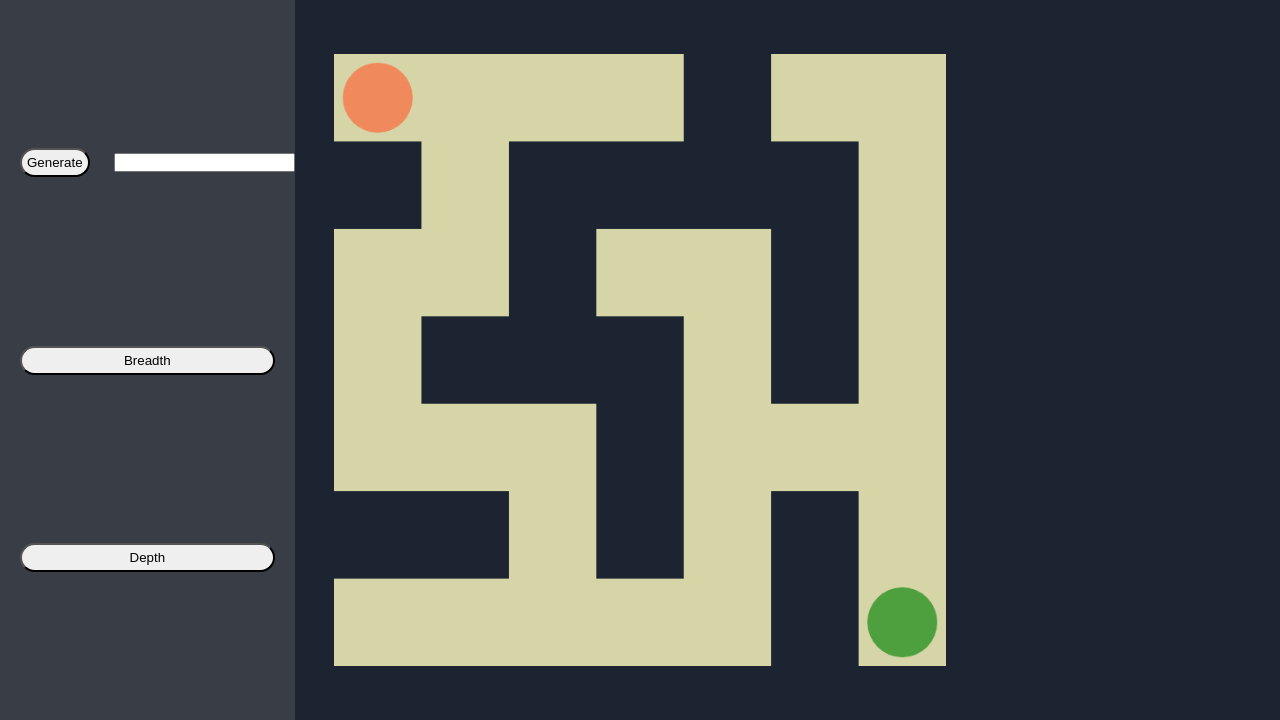
Repository: 2Friendly4You/advanced-maze-solver
Page: index.html
The author's editor kept a copy of each file at every save. The page is drawn from the files as they stood at one save, then again after the next save.
The browser window is 1280 px wide. The pictures show the whole page.

Above is the page before, as saved 2022-09-20 14:21:30.

### index.html
<!DOCTYPE html>
<html lang="en">
<head>
    <meta charset="UTF-8">
    <meta http-equiv="X-UA-Compatible" content="IE=edge">
    <meta name="viewport" content="width=device-width, initial-scale=1.0">
    <title>Search Algorithms</title>
    <link rel="icon" type="image/x-icon" href=/images/favicon.ico">
    <link rel="stylesheet" href="styles.css">
    <script src="script.js" defer></script>
</head>
<body>
    <div class="buttonContainer">
        <div clas = "buttonContainer">
            <button id="generateButton">Generate</button>
            <input>
        </div>
        <button id="breadthButton">Breadth</button>
        <button id="depthButton">Depth</button>
    </div>

    <canvas width="700" height="700"></canvas>
</body>
</html>

### styles.css
* {
    margin: 0;
    padding: 0;
}

body {
    background-color: #1B2430;
    width: 100%;
    height: 100%;
    display: flex;
    justify-items: center;
    align-items: center;
}

canvas {
    background-color: #1B2430;
    position: absolute;
    height: 85vmin;
    aspect-ratio: 1 / 1;
    resize: none;

    top: 50%;
    left: 50%;
    transform: translate(-50%, -50%);
}

.buttonContainer {
    background-color: #393E46;
    display: flex;
    flex-direction: column;
    justify-content: space-evenly;
    height: 100vh;
}

button {
    margin: 20px;
    border-radius: 20px;
    padding: 5px;
}

### script.js
// TODO low priority - change drawing so that only changed elements are redrawn
const EMPTY_COLOR = "#D6D5A8";
const WALL_COLOR = "#1B2430";
const VISITED_COLOR = "gray";
const PATH_COLOR = "#FF2E63"
const START_COLOR = "#F08A5D"
const END_COLOR = "#4E9F3D"

function Maze(canvas, ctx) {
    this.canvas = canvas
    this.ctx = ctx;
}

Maze.prototype = {

    setProperties(grid, start, end) {
        this.grid = grid;
        this.start = start;
        this.end = end;
        this.width = this.canvas.width / this.grid[0].length;
        this.height = this.canvas.height / this.grid.length;
    },

    draw(visited) {
        for(let r = 0; r < this.grid.length; ++r) {
            for(let c = 0; c < this.grid[0].length; ++c) {
                this.ctx.beginPath();
                this.ctx.fillStyle = EMPTY_COLOR;
                if(this.grid[r][c] == 1) {
                    this.ctx.fillStyle = WALL_COLOR;
                }
                if(typeof visited !== 'undefined' && visited.has([r, c].toString())) {
                    this.ctx.fillStyle = VISITED_COLOR;
                }
                this.ctx.fillRect(c * this.width, r * this.height, this.width, this.height);
            }
        }
        this.drawStartAndEnd();
    },

    drawStartAndEnd() {
        const drawCircle = (tile, color) => {
            this.ctx.beginPath();
            this.ctx.arc(tile[1] * this.width + this.width / 2, tile[0] * this.height + this.height / 2, this.width / 2.5, 0, Math.PI * 2);
            this.ctx.fillStyle = color;
            this.ctx.fill();
        }
        drawCircle(this.start, START_COLOR);
        drawCircle(this.end, END_COLOR);
    },

    drawPath(path) {
        for(const tile of path) {
            let [r, c] = tile;
            this.ctx.fillStyle = PATH_COLOR;
            this.ctx.fillRect(c * this.width, r * this.height, this.width, this.height);
        }
        this.drawStartAndEnd();
    },

    checkMovable(curr) {
        let [r, c] = curr;
        return 0 <= r && r < this.grid.length &&
               0 <= c && c < this.grid[0].length &&
               this.grid[r][c] == 0;
    },

    getAdjs(tile) {
        let [r, c] = tile;
        let possAdjs = [[r - 1, c], [r, c + 1], [r + 1, c], [r, c - 1]];
        return possAdjs.filter((possAdj) => this.checkMovable(possAdj));
    },

    getGenerationAdjs(curr) {
        let [r, c] = curr;
        let possPairs = [
            [[r - 1, c], [r - 2, c]],
            [[r, c + 1], [r, c + 2]],
            [[r + 1, c], [r + 2, c]],
            [[r, c - 1], [r, c - 2]]
        ];
        possPairs = possPairs.filter((possPair) => this.checkMovable(possPair[1]))

        const shuffle = (arr) => {
            for (let i = arr.length - 1; i > 0; i--) {
                const j = Math.floor(Math.random() * (i + 1));
                [arr[i], arr[j]] = [arr[j], arr[i]];
            }
        }
        shuffle(possPairs);
        return possPairs;
    },

    search(type, delay) {
        console.assert(type === "depth" || type === "breadth");
        let deque = [[this.start]];
        let visited = new Set();
        const searchStep = (deque, visited, type, delay) => {
            if(deque.length == 0) {
                return;
            }
            let path;
            if(type === "depth") {
                path = deque.pop();
            }
            else {
                path = deque.shift();
            }
            let curr = path[path.length - 1];
            if(visited.has(curr.toString())) {
                return searchStep(deque, visited, type, delay);
            }
            visited.add(curr.toString());
            this.draw(visited);

            if(arrayEquals(curr, this.end)) {
                this.drawPath(path);
                return path;
            }
            //TODO maybe reverse for depth or breadth
            for(const adj of this.getAdjs(curr)) {
                deque.push([...path, adj]);
            }
            setTimeout(() => searchStep(deque, visited, type, delay), delay);
        }
        searchStep(deque, visited, type, delay);
    },

    generate(size, delay) {
        this.setProperties(...prepareMaze(size));
        let genStart = generateRandomEvenCoord(this.grid.length);
        let stack = [[genStart, genStart]];
        let visited = new Set();
        const generateStep = (stack, visited, delay) => {
            if(stack.length == 0) {
                return "Done generating";
            }
            let [wall, curr] = stack.pop();
            if(visited.has(curr.toString())) {
                return generateStep(stack, visited, delay);;
            }
            // console.log(`visiting ${curr}`)
            visited.add(curr.toString());
            this.grid[wall[0]][wall[1]] = 0;
            this.draw();
            for(const pair of this.getGenerationAdjs(curr)) {
                stack.push(pair);
            }
            setTimeout(() => generateStep(stack, visited, delay), delay)
        }
        return generateStep(stack, visited, delay);
    },

    click(x, y) {
        // canvasSize = this.canvas.style.width;
        // console.log(`width: ${this.width} height:  ${this.height}`)
        console.log("x: " + x + " y: " + y);

        let row = Math.floor(y / parseFloat(getComputedStyle(this.canvas).height) * this.grid.length);
        let col = Math.floor(x / parseFloat(getComputedStyle(this.canvas).width) * this.grid.length);
        console.log(`row: ${row} col: ${col}`);

        this.grid[row][col] = 1;
        this.draw();
    }
}

function generateRandomEvenCoord(size) {
    const generateRandomEvenNumber = (max) => Math.floor(Math.random() * Math.floor(size/2)) * 2;
    let r = generateRandomEvenNumber(size);
    let c = generateRandomEvenNumber(size);
    return [r, c];
}

function prepareMaze(size) {
    console.assert(size % 2 === 1);
    let grid = [];
    for(let r = 0; r < size; r++) {
        let row = [];
        for(let c = 0; c < size; c++) {
            if(r % 2 === 0 && c % 2 === 0) {
                row.push(0);
            }
            else {
                row.push(1);
            }
        }
        grid.push(row);
    }
    let start = generateRandomEvenCoord(size);
    let end = generateRandomEvenCoord(size);
    return [grid, start, end];
}

function arrayEquals(a, b) {
    return Array.isArray(a) &&
      Array.isArray(b) &&
      a.length === b.length &&
      a.every((val, index) => val === b[index]);
}

function arrayContainsSubarray(bigArr, smallArr) {
    return bigArr.some((subarr) => (arrayEquals(smallArr, subarr)))
}

function main() {
    let canvas = document.querySelector("canvas");
    let ctx = canvas.getContext("2d");

    let generateButton = document.getElementById("generateButton");
    let breadthButton = document.getElementById("breadthButton");
    let depthButton = document.getElementById("depthButton");

    let size = 25;
    // let [grid, start, end] = prepareMaze(size);

    let maze = new Maze(canvas, ctx);
    let grid = [
        [0, 0, 0, 0, 1, 0, 0],
        [1, 0, 1, 1, 1, 1, 0],
        [0, 0, 1, 0, 0, 1, 0],
        [0, 1, 1, 1, 0, 1, 0],
        [0, 0, 0, 1, 0, 0, 0],
        [1, 1, 0, 1, 0, 1, 0],
        [0, 0, 0, 0, 0, 1, 0],
    ];
    let start = [0, 0];
    let end = [6, 6];
    maze.setProperties(grid, start, end);
    maze.draw();

    breadthButton.addEventListener("click", () => maze.search("breadth", 50));
    depthButton.addEventListener("click", () => maze.search("depth", 50));
    generateButton.addEventListener("click", () => maze.generate(19, 50));

    // let mouseDown = false;
    // document.addEventListener("mousedown", () => mouseDown = true);
    // document.addEventListener("mouseup", () => mouseDown = false);
    canvas.addEventListener("mousedown", (e) => {
        const rect = canvas.getBoundingClientRect();
        const x = e.clientX - rect.left;
        const y = e.clientY - rect.top;
        maze.click(x, y);
    });
}

main();

After the next save:
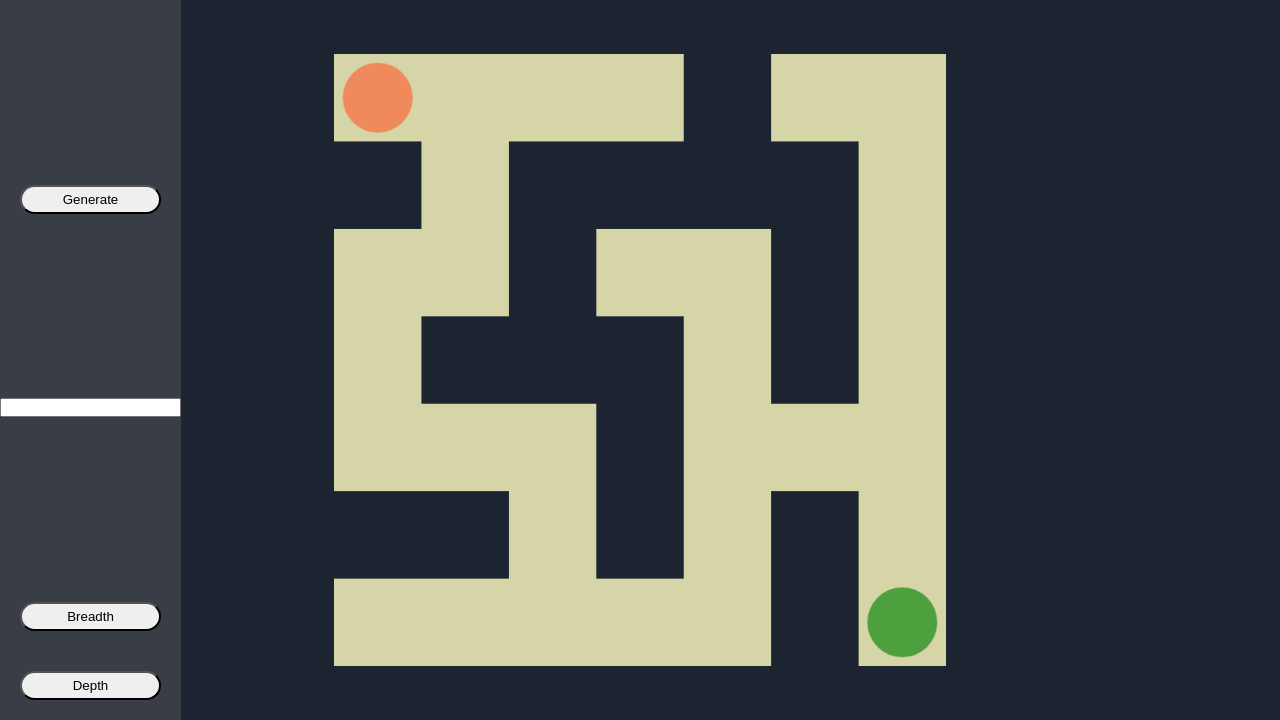
Saved 6 s later.
--- a/index.html
+++ b/index.html
@@ -11,7 +11,7 @@
 </head>
 <body>
     <div class="buttonContainer">
-        <div clas = "buttonContainer">
+        <div class="buttonContainer">
             <button id="generateButton">Generate</button>
             <input>
         </div>

After the save that followed:
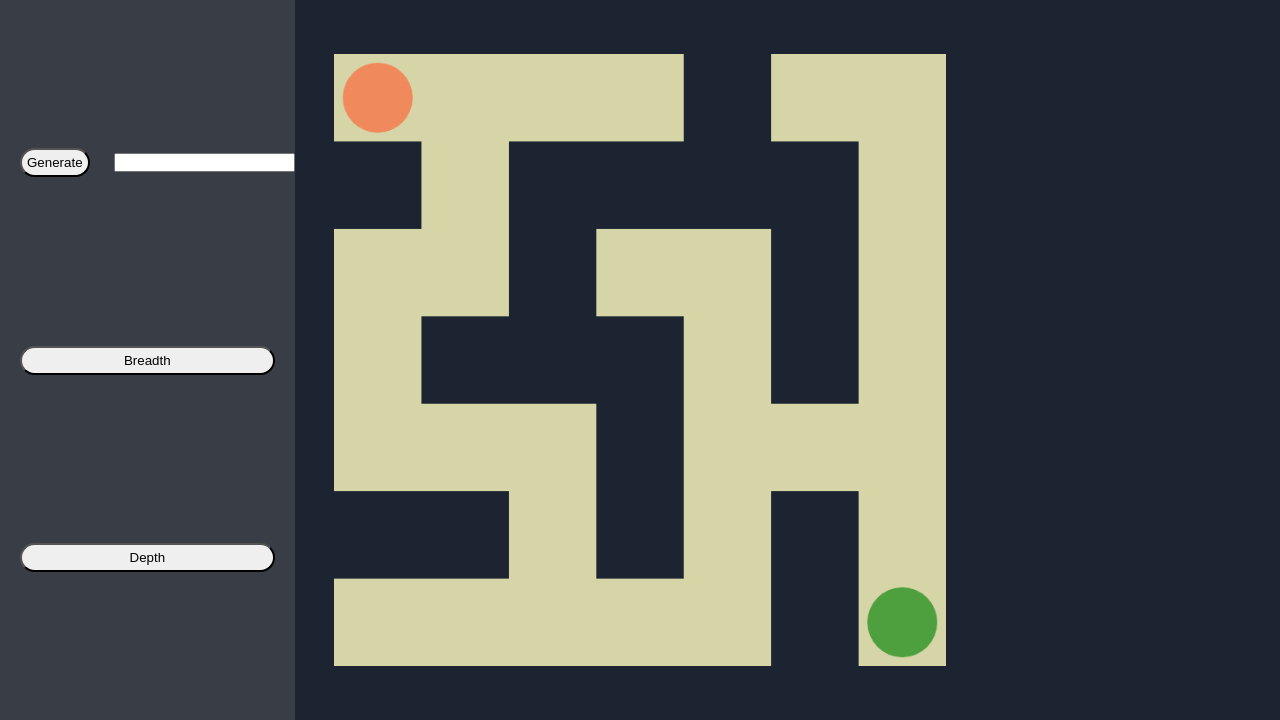
Saved 4 s later.
--- a/index.html
+++ b/index.html
@@ -11,7 +11,7 @@
 </head>
 <body>
     <div class="buttonContainer">
-        <div class="buttonContainer">
+        <div class="">
             <button id="generateButton">Generate</button>
             <input>
         </div>
